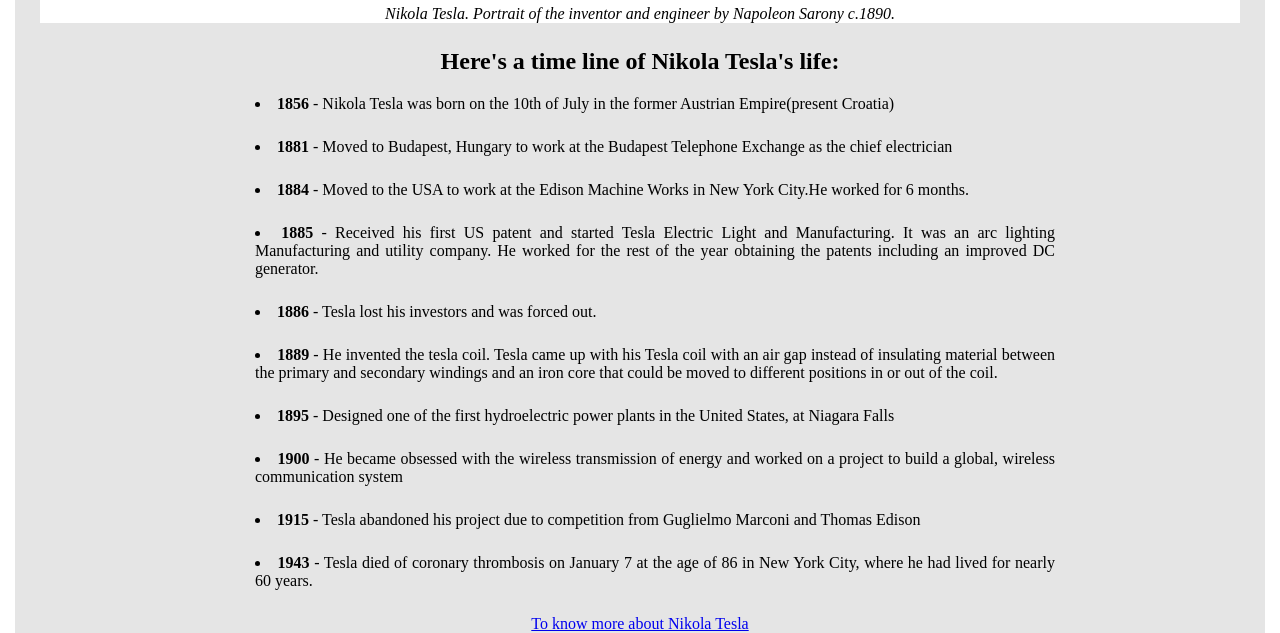
Repository: Avishka217/Tribute-Page
Page: index.html
These files come from the project's save history. The page is drawn as it stood at one moment and after the next save; the edit follows.
The browser window is 1280 px wide. The pictures show the part of the page from y = 576 to 1407 px (the page is 1209 px tall before and 1407 px after).
A picture or video elsewhere on the page could not be fetched, so the positions and the page height are approximate.

Above is the page before, as saved 2020-03-18 19:55:38.

After the next save:
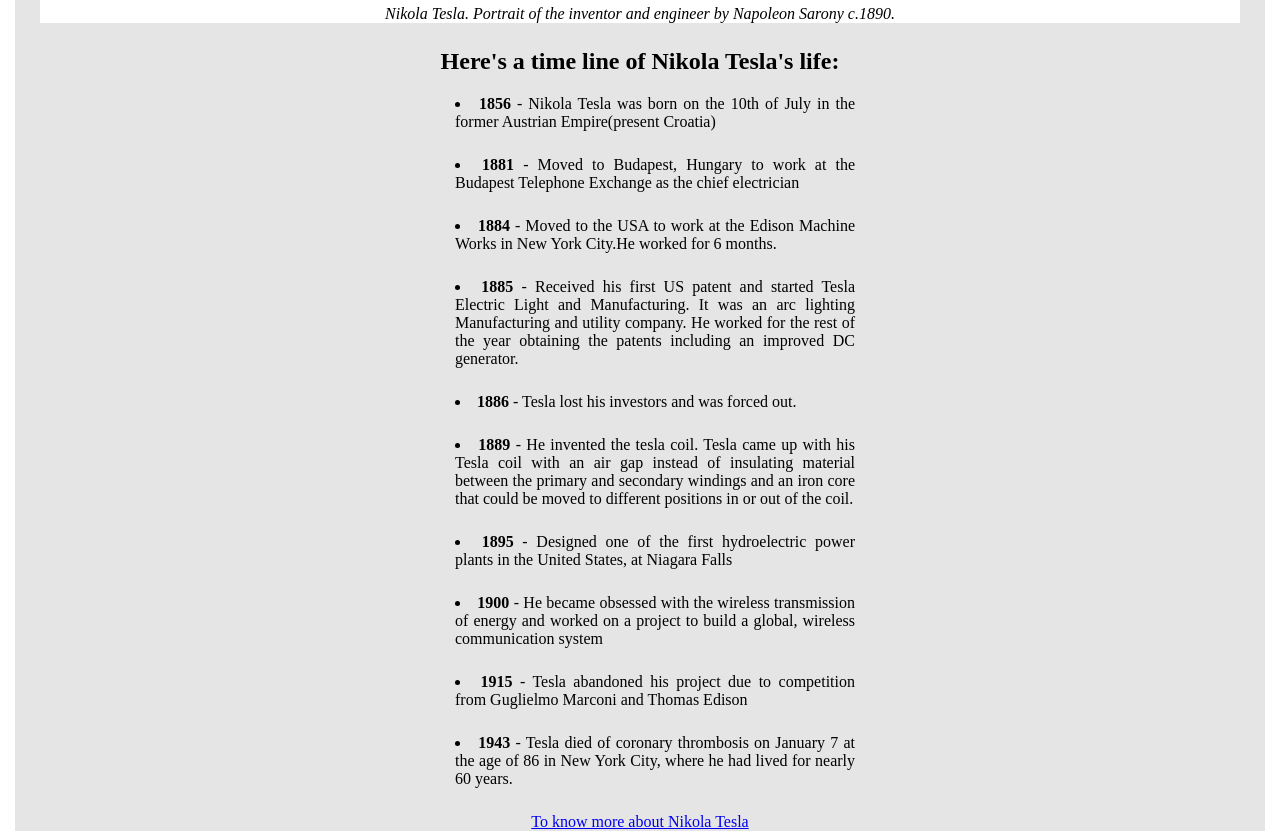
Saved 12 s later.
--- a/styles.css
+++ b/styles.css
@@ -81,8 +81,9 @@
 
 #tribute-info ul{
 display: block;
+
   padding-right: 10px;;
-  width:800px;
+  width:400px;
   margin: auto;
   text-align: justify;
 
